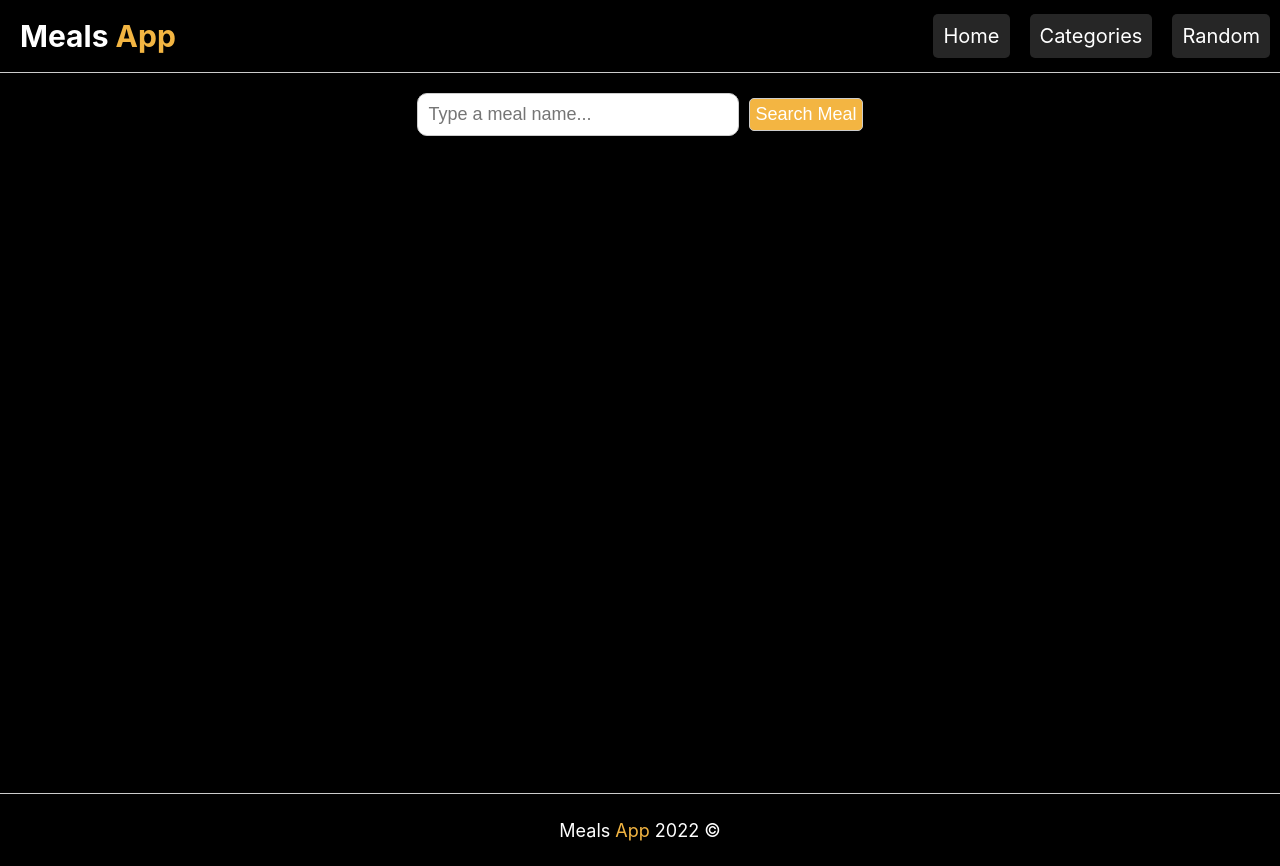
Repository: Shahriddinov/Meals
Page: /
The author's editor kept a copy of each file at every save. The page is drawn from the files as they stood at one save, then again after the next save.
The browser window is 1280 px wide. The pictures show the whole page.
The project was rebuilt for these pictures with package versions that can differ from the ones it lists, and the page was loaded fresh each time. Also part of the build but not shown: src/components/Categories/Categories.js, src/components/RandomMeal/RandomMeal.js.

Above is the page before, as saved 2022-03-21 18:37:51.

### src/index.js
import React from 'react';
import ReactDOM from 'react-dom';
import { BrowserRouter } from 'react-router-dom';
import App from './App';
import { AppContext } from './components/context/context';

ReactDOM.render(
  <React.StrictMode>
    <BrowserRouter>
    <AppContext>
      <App />
    </AppContext>
    </BrowserRouter>

  </React.StrictMode>,
  document.getElementById('root')
);

### src/App.js
import React from 'react';
import { Footer } from './components/Footer/Footer';
import Navbar from './components/Navbar/Navbar';
import HomePage from './components/HomePage/HomePage'
import Categories from './components/Categories/Categories'
import "./App.scss"
import RandomMeal from './components/RandomMeal/RandomMeal'
import {BrowserRouter,  Routes, Route} from 'react-router-dom'

function App(props) {
    return (
        <div>
         <Navbar />

         <Routes>
          <Route  path="/" element={<HomePage/>} />
          <Route  path="/categories" element={<Categories/>}/>
          <Route  path="/random" element={<RandomMeal/>} />
          </Routes>
          <Footer/>
        </div>
    );
}

export default App;

### src/components/context/context.js
import React, {createContext, useCallback, useState} from 'react'
import axios from "axios"
export const myContext = createContext();

export const AppContext  = ({children}) =>{
  const [meals,setMeals] = useState([]);
  const [categories, setCategories] = useState([]);
  const [random, setRandom] = useState([]);

  const fetchHomePageMeals = useCallback((searchTerm)=>{
    axios.get(`https://www.themealdb.com/api/json/v1/1/search.php?s=${searchTerm}`).then(res =>{
      console.log(res.data.meals);
      setMeals(res.data.meals)
    })
  },[])
  return <myContext.Provider value={{fetchHomePageMeals, meals}}>{children}</myContext.Provider>

}

### src/components/Footer/Footer.js
import React from 'react'
import "./Footer.scss"
export const Footer = () => {
  return (
    <div className="footer">
       <p>Meals <span>App</span> 2022 &copy;</p>
    </div>
  )
}

### src/components/Navbar/Navbar.js
import React from 'react'
import {Link} from 'react-router-dom'
import "./Navbar.scss"
const Navbar = () => {
  return (
    <div className="navbar">
      <div className="navbar-heading">
          <h1>Meals <span>App</span></h1>
      </div>
      <div className="navbar-links">
          <ul>
           <Link to="/">
             {""}
             <li>Home</li>
             </Link>
           <Link to="/categories">
             {""}
             <li>Categories</li>
             </Link>
           <Link to="/random">
             {""}
             <li>Random</li>
             </Link>
          </ul>
      </div>
    </div>
  )
}

export default Navbar

### src/components/HomePage/HomePage.js
import React, {useState, useCallback, useContext} from 'react'
import "./HomePage.scss"
import {myContext} from '../context/context'
function HomePage() {

  const [searchTerm, setSearchTerm] = useState("");

  const {fetchHomePageMeals, meals} = useContext(myContext);
  const fetchHomePageMealsHandler = useCallback(()=>{
    fetchHomePageMeals(searchTerm)
  }, [searchTerm, fetchHomePageMeals]);
  return (
    <div className="home">
      <div className="home-search">
        <input type="text" className="" placeholder="Type a meal name..." value={searchTerm}  onChange={(e)=>setSearchTerm(e.target.value)}/>
        <button onClick={fetchHomePageMealsHandler} >Search Meal</button>
      </div>

      <div className="home-grid">
       {meals? (meals.map((meal)=>(
         <div className="home-meal" key={meal.idMeal}>
         <img src={meal.strMealThumb} alt="#" />
         <h4>{meal.strMeal}</h4>
       </div>
       ))
       ):(
       <h2>No Meals found! Try another word...</h2>
       )}
      </div>
    </div>
  )
}

export default HomePage

### src/App.scss
body {
  padding: 0;
  margin: 0;
  box-sizing: border-box;
  font-family: -apple-system, BlinkMacSystemFont, "Segoe UI", Roboto, Oxygen,
    Ubuntu, Cantarell, "Open Sans", "Helvetica Neue", sans-serif;
}

### src/components/Footer/Footer.scss
.footer {
  display: flex;
  align-items: center;
  justify-content: center;
  text-align: center;
  background: #000000;
  color: #fff;
  height: 10vh;
  border-top: 1px solid #ccc;

  p {
    font-size: 18px;
    span {
      color: #f3b542;
    }
  }
}

### src/components/Navbar/Navbar.scss
.navbar {
  width: 100%;
  height: 10vh;
  background: #000000;
  color: #fff;
  display: flex;
  align-items: center;
  justify-content: space-between;
  flex-direction: row;
  border-bottom: 1px solid #ccc;
  &-heading {
    h1 {
      margin-left: 20px;
      font-size: 30px;
      span {
        color: #f3b542;
      }
    }
  }
  &-links {
    ul {
      display: flex;
      list-style: none;
    }
    a {
      color: #ffff;
      text-decoration: none;
      margin: 0px 10px;
      padding: 10px;
      background: lighten($color: #000000, $amount: 15);
      border-radius: 5px;
      font-size: 20px;
      transition: all 0.4s ease;
      &:hover {
        color: #f3b542;
      }
    }
  }
}

### src/components/HomePage/HomePage.scss
.home {
  min-height: 100vh;
  height: auto;
  background: #000000;
  color: #fff;
  width: 100%;
  display: flex;
  align-items: center;
  flex-direction: column;

  &-search {
    display: flex;
    align-items: center;
    flex-direction: row;
    flex-wrap: wrap;
    justify-content: center;

    input {
      padding: 10px;
      outline: none;
      border: 1px solid #ccc;
      width: 300px;
      font-size: 18px;
      border-radius: 10px;
      margin: 20px 0;
    }

    button {
      font-size: 18px;
      border: 1px solid #ccc;
      padding: 5px;
      color: #fff;
      background: #f3b542;
      margin-left: 10px;
      border-radius: 5px;
      outline: none;
    }
  }
  &-grid {
    display: flex;
    align-items: center;
    justify-content: space-evenly;
    flex-direction: row;
    flex-wrap: wrap;
    .home-meal {
      text-align: center;
    }
    img {
      width: 250px;
      border: 1px solid #ccc;
      margin: 10px;
      transition: all 0.4s ease-out;
      border-radius: 10px;
      &:hover {
        transform: scale(1.1);
      }
    }
  }
}

Loaded but not shown: public/index.html (common file)

After the next save:
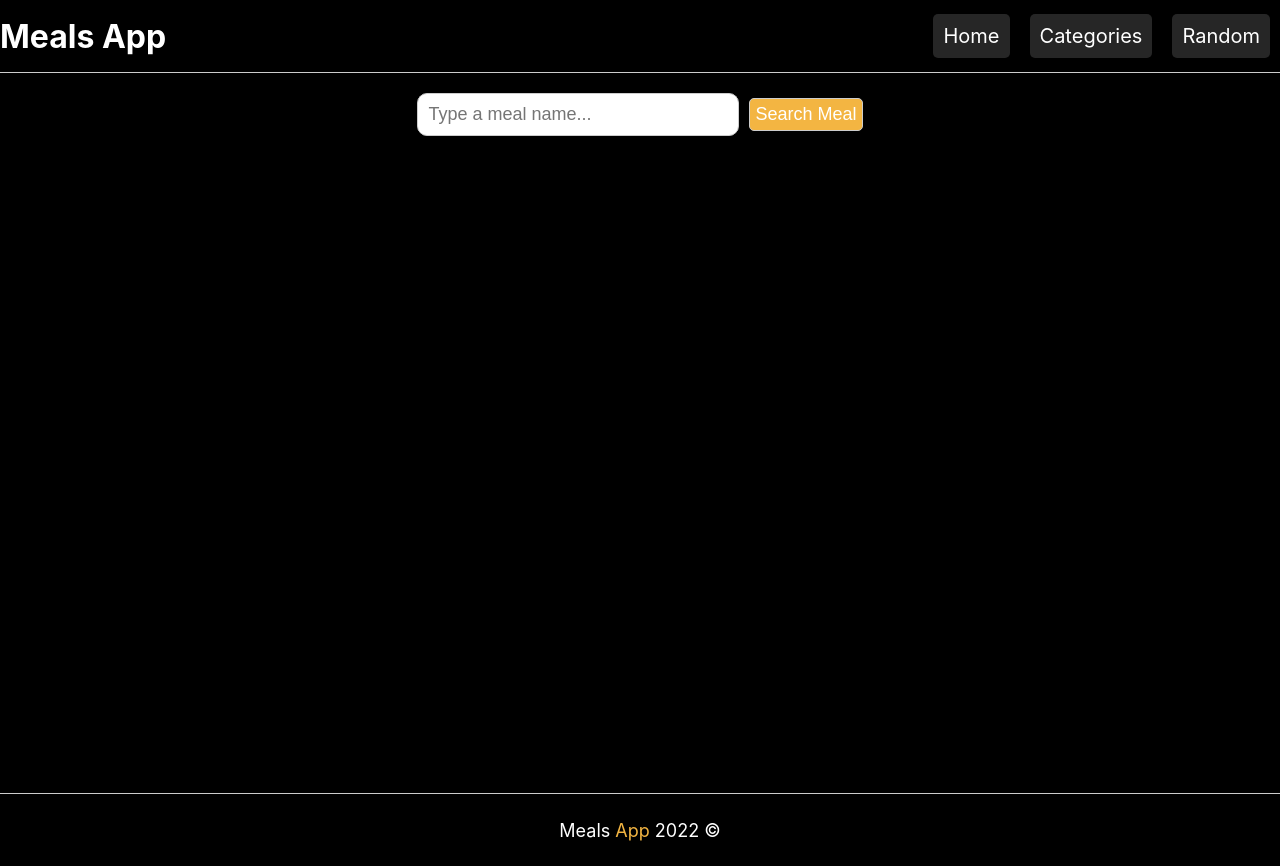
Saved 99 s later.
--- a/src/components/Navbar/Navbar.scss
+++ b/src/components/Navbar/Navbar.scss
@@ -8,7 +8,7 @@
   justify-content: space-between;
   flex-direction: row;
   border-bottom: 1px solid #ccc;
-  &-heading {
+  position:st &-heading {
     h1 {
       margin-left: 20px;
       font-size: 30px;

After the save that followed:
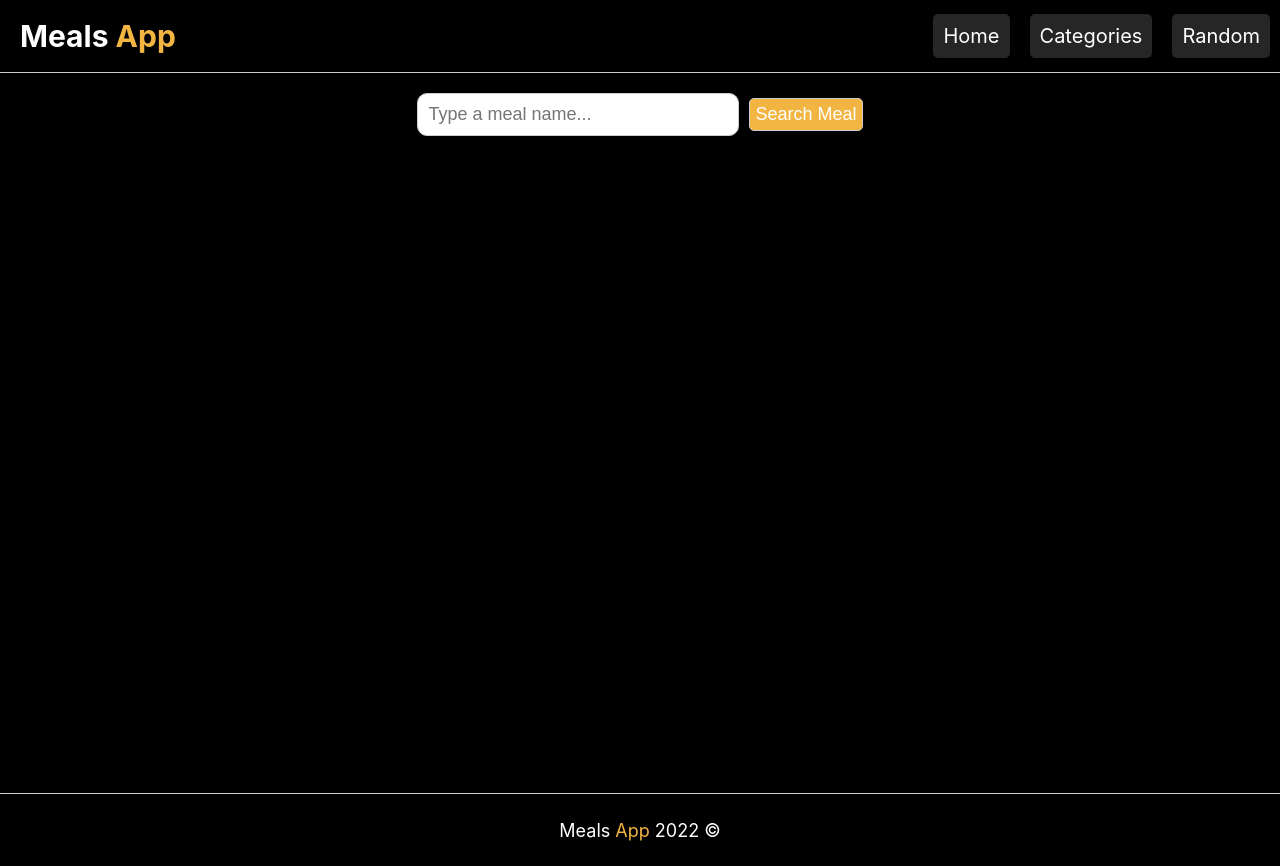
Saved 32 s later.
--- a/src/components/Navbar/Navbar.scss
+++ b/src/components/Navbar/Navbar.scss
@@ -8,7 +8,10 @@
   justify-content: space-between;
   flex-direction: row;
   border-bottom: 1px solid #ccc;
-  position:st &-heading {
+  position: sticky;
+  top: 0;
+  left: 0;
+  &-heading {
     h1 {
       margin-left: 20px;
       font-size: 30px;
